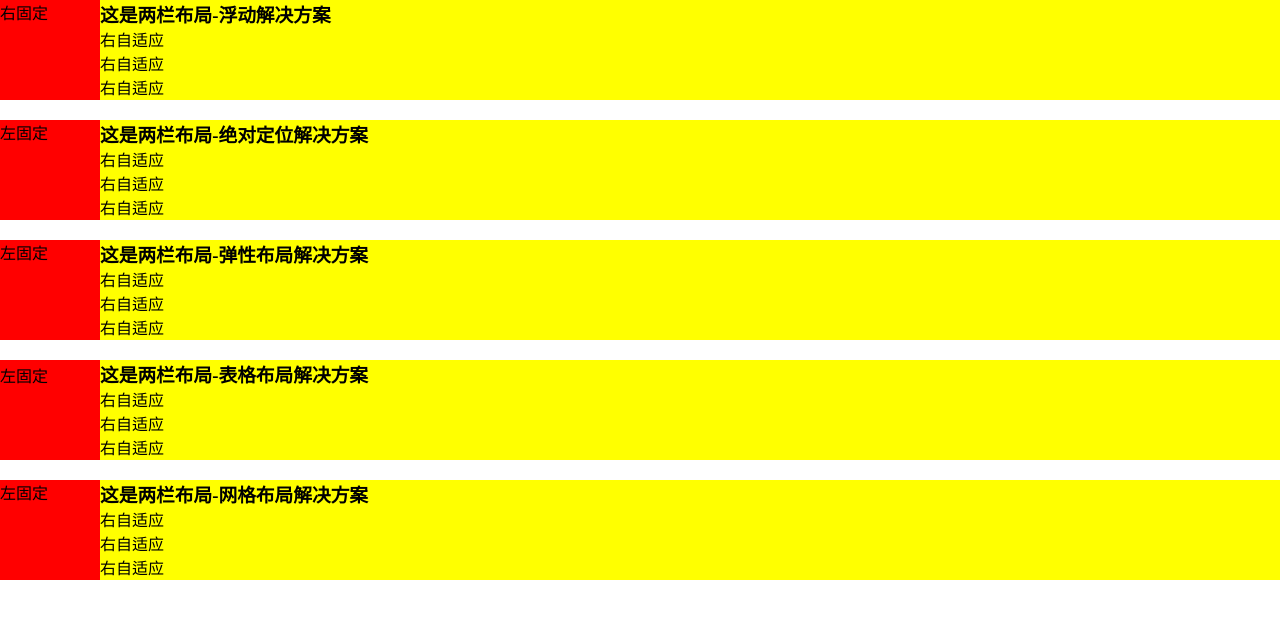
Repository: Qianfane/Blog
Page: 面试相关/测试/2-2、两栏布局-右固定左自适应.html
These files come from the project's save history. The page is drawn as it stood at one moment and after a run of saves; the edit follows.
The browser window is 1280 px wide. The pictures show the whole page.

Above is the page before, as saved 2022-01-03 16:19:16.

After the next 2 saves:
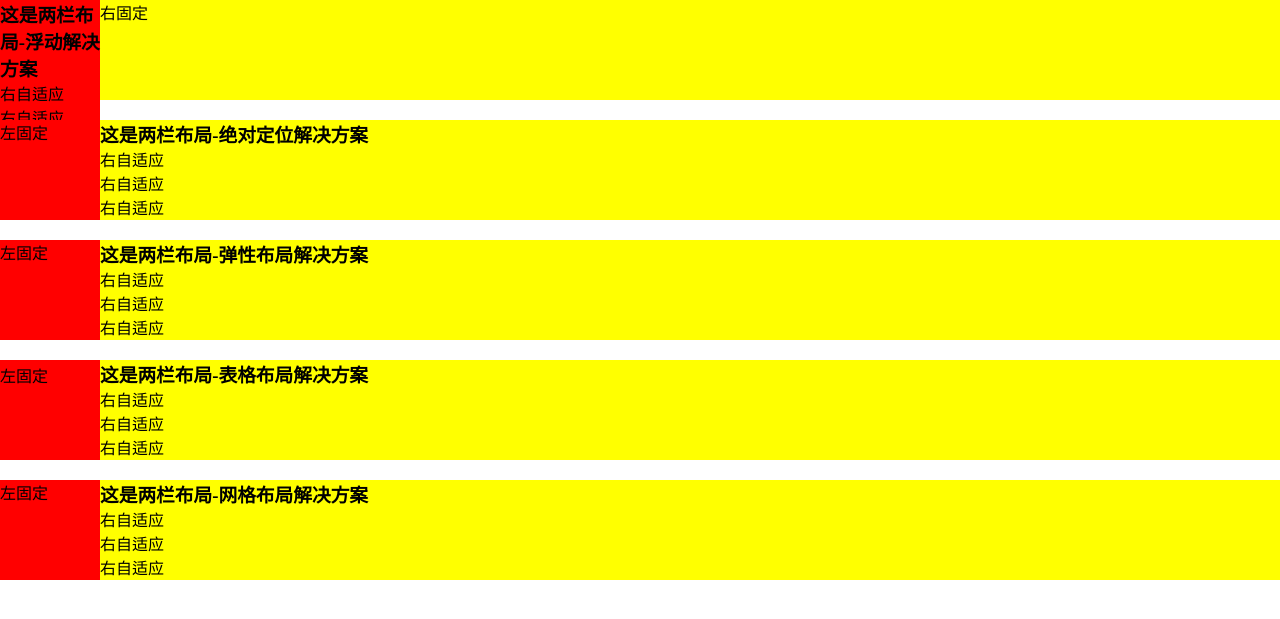
The 2 saves are shown as one change because they came seconds apart.
The last was saved 9 s later.
--- a/面试相关/测试/2-2、两栏布局-右固定左自适应.html
+++ b/面试相关/测试/2-2、两栏布局-右固定左自适应.html
@@ -38,12 +38,13 @@
             }
         </style>
         <article class="left-right">
-            <div class="left">右固定</div>
-            <div class="right">
-                <h1>这是两栏布局-浮动解决方案</h1>
+            <div class="left"><h1>这是两栏布局-浮动解决方案</h1>
                 <p>右自适应</p>
                 <p>右自适应</p>
-                <p>右自适应</p>
+                <p>右自适应</p></div>
+            <div class="right">
+
+                右固定
             </div>
         </article>
     </section>
